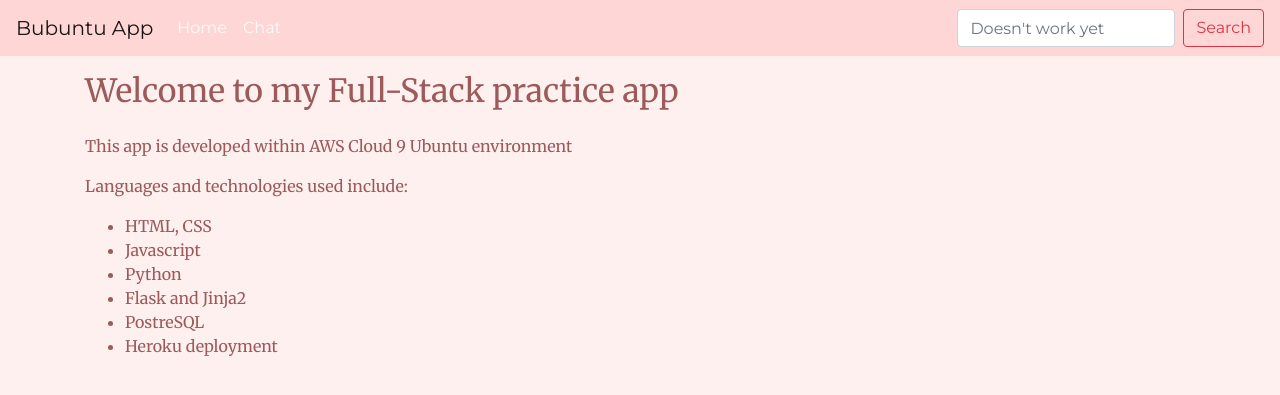
Repository: TanglingTreats/bubuntu-app
Page: templates/index.html
The author's editor kept a record of every edit. The page is drawn from the files as they stood at one moment, then again after the next edit.
The browser window is 1280 px wide. The pictures show the whole page.
The template is drawn by Flask 3. The application's start-up code is not run. The template is opened directly, without the code that normally fills it, so the values that code supplies are empty.

Above is the page before.

After the next edit:
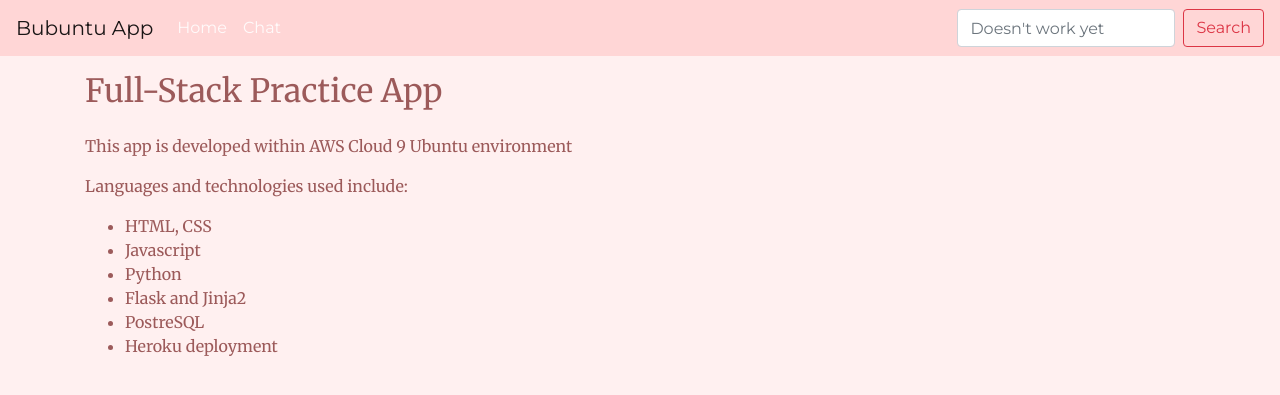
The edit:
--- a/templates/index.html
+++ b/templates/index.html
@@ -1,6 +1,6 @@
 {%extends 'layout.html'%}
 {%block title%}Hello~{%endblock%}
-{%block heading%}Welcome to my Full-Stack practice app{%endblock%}
+{%block heading%}Full-Stack Practice App{%endblock%}
 {%block content%}
 <div class="row d-flex">
   <div class="col-sm-6">
